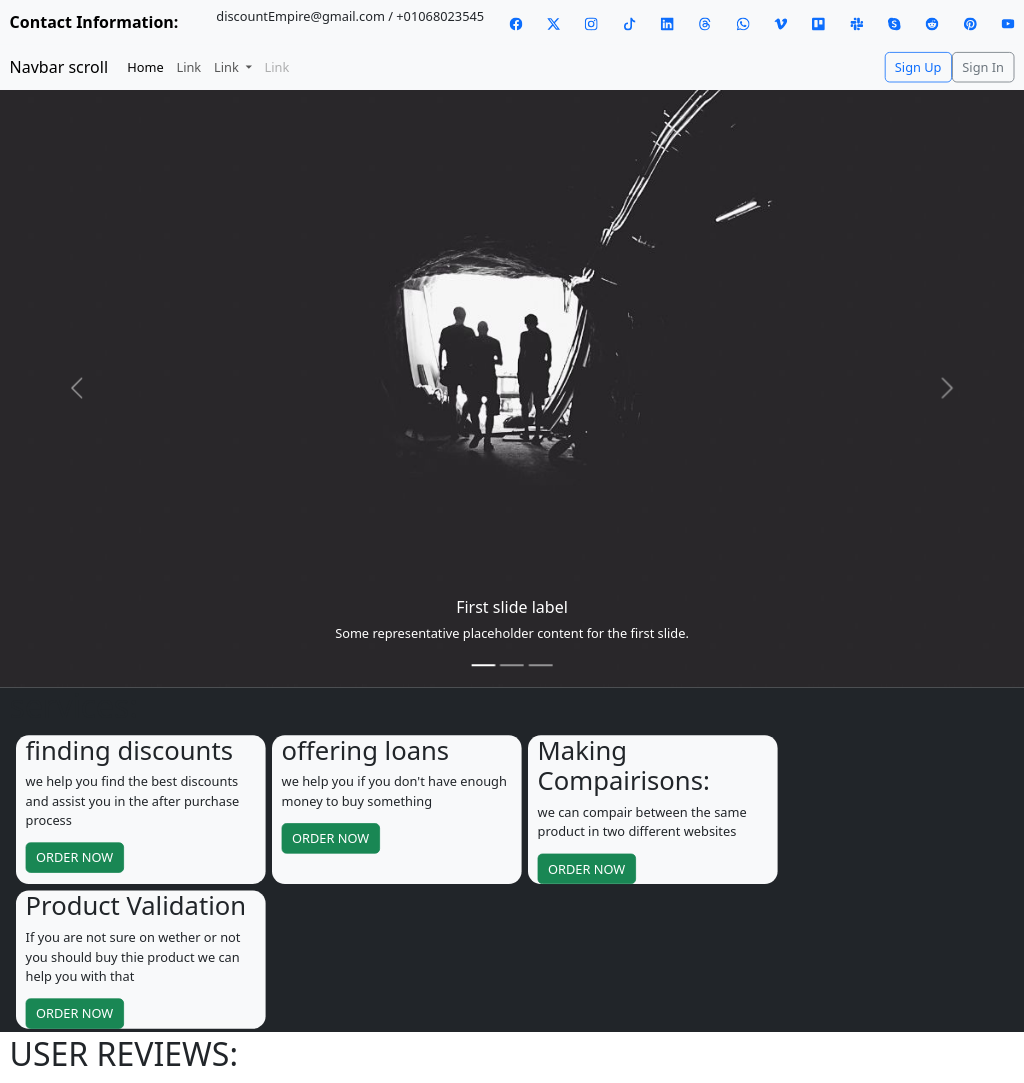
Repository: HaziimYassien/The-Discount-Empire
Page: index.html
An editor plug-in stored every save of this project. The page is shown before and after a run of saves, followed by the edit.
The browser window is 1280 px wide. The pictures show the whole page, at 80% of full size.

Above is the page before, as saved 2024-01-24 18:58:48.

After the next 2 saves:
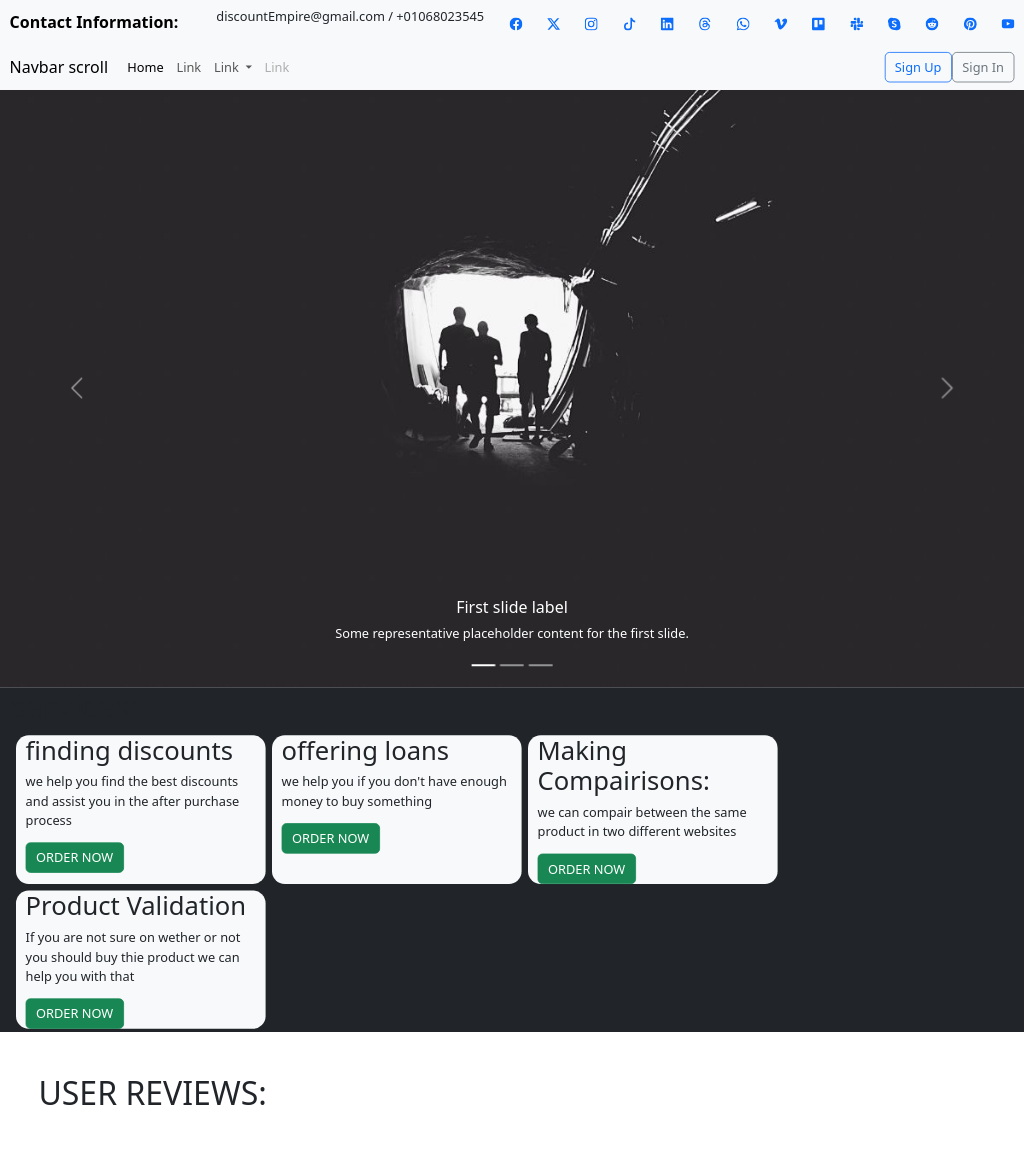
The 2 saves are shown as one change because they came seconds apart.
The last was saved 43 min 28 s later.
--- a/index.html
+++ b/index.html
@@ -237,7 +237,7 @@
 
 
     <!-- START _reviews -->
-    <section class="container-fluid">
+    <section class="container-fluid p-5 ">
       <h1>USER REVIEWS: </h1>
       <div class="row m-1">
 
